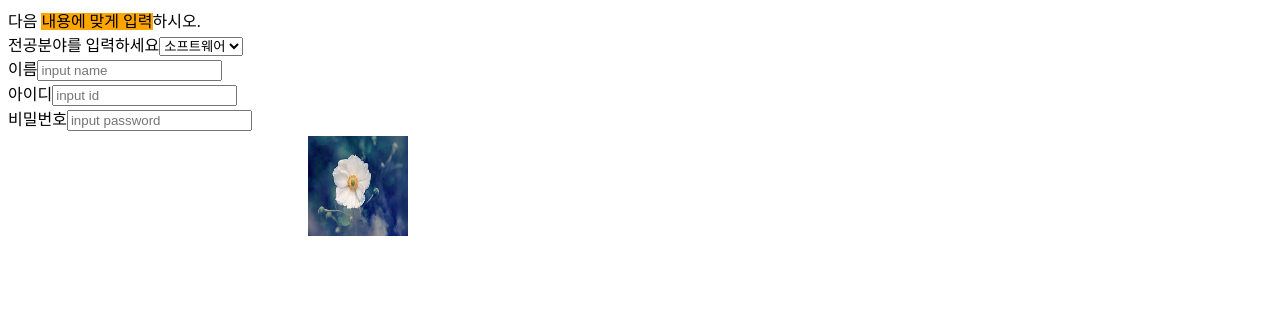
Repository: jwlee0714/HTML
Page: html/quiz-설문조사.html
An editor plug-in stored every save of this project. The page is shown before and after the next save, followed by the edit.
The browser window is 1280 px wide. The pictures show the whole page.

Above is the page before, as saved 2021-10-05 08:35:57.

After the next save:
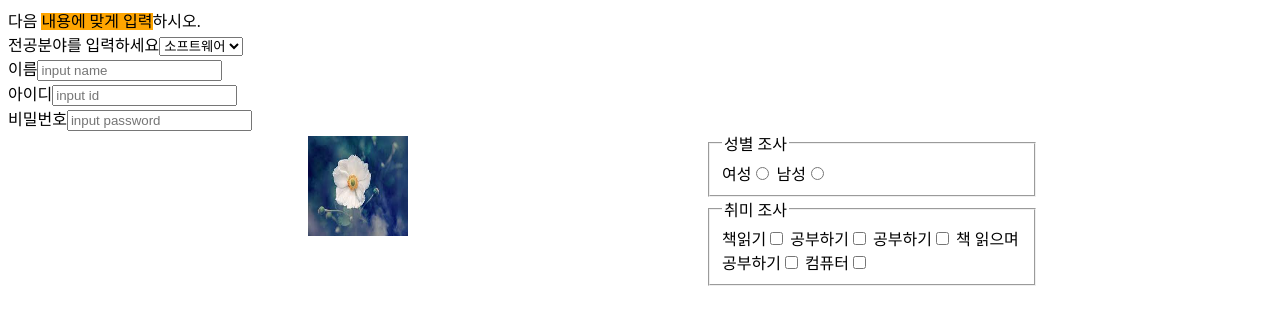
Saved 5 min 35 s later.
--- a/html/quiz-설문조사.html
+++ b/html/quiz-설문조사.html
@@ -37,6 +37,22 @@
 	</tr>
 	</table>
 
+<fieldset style="width:300px;">
+		<legend>성별 조사 </legend>
+		여성<input type="radio">
+		남성<input type="radio">
+	</fieldset>
+
+	<fieldset style="width:300px;">
+		<legend>취미 조사 </legend>
+		책읽기<input type="checkbox">
+		공부하기<input type="checkbox">
+		공부하기<input type="checkbox">
+		책 읽으며 공부하기<input type="checkbox">
+		컴퓨터<input type="checkbox">
+
+	</fieldset>
+
 
 </body>
 </html>
